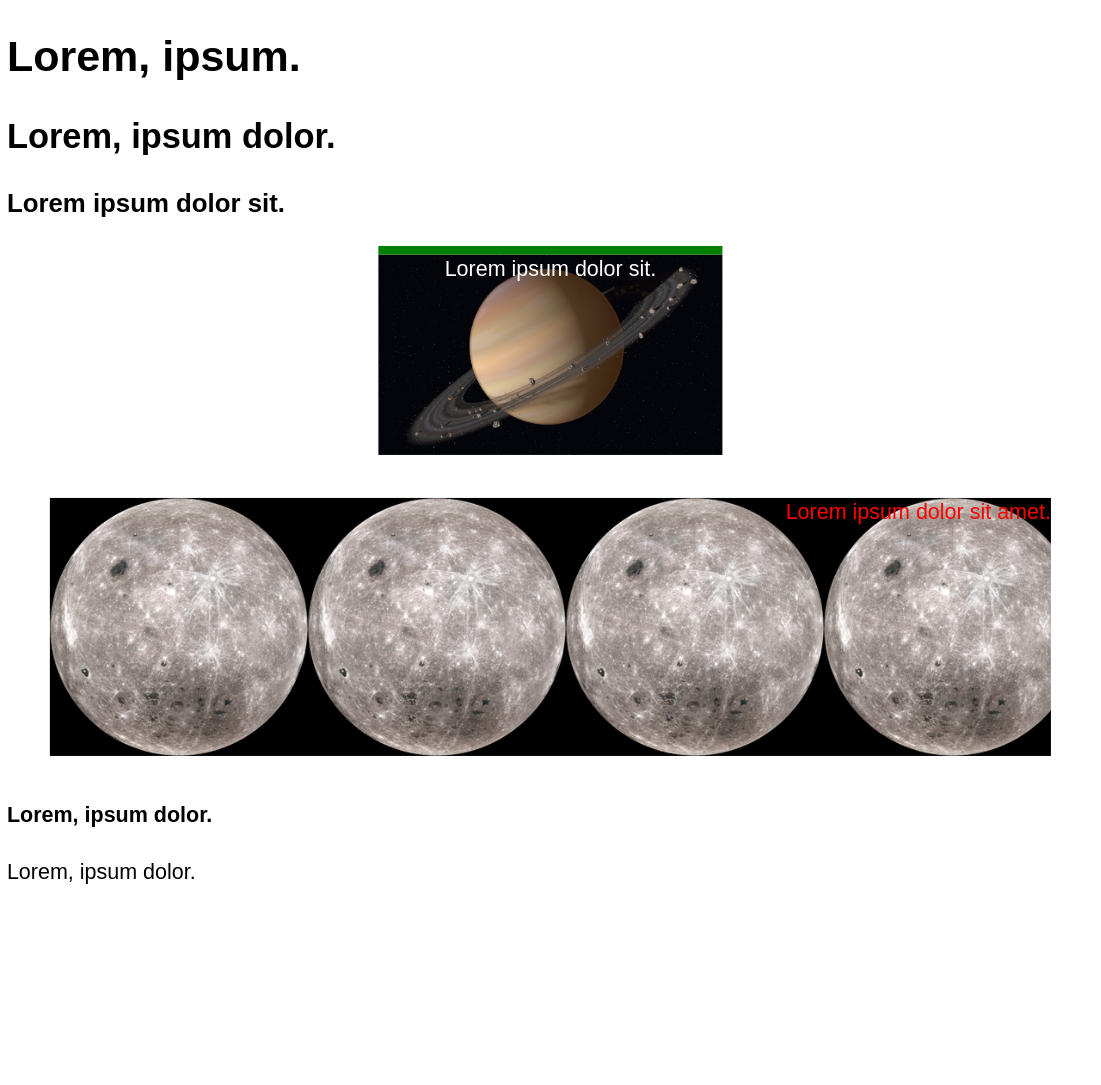
Repository: aSSasdy/assasdy.github.io
Page: index.html
These files come from the project's save history. The page is drawn as it stood at one moment and after the next save; the edit follows.
The browser window is 1280 px wide. The pictures show the whole page, at 86% of full size.

Above is the page before, as saved 2021-11-28 16:31:51.

### index.html
<!DOCTYPE html>
<html lang="en">
<head>
    <meta charset="UTF-8">
    <meta http-equiv="X-UA-Compatible" content="IE=edge">
    <meta name="viewport" content="width=device-width, initial-scale=1.0">
    <title>Document</title>
    <link rel="stylesheet" href="css/style.css">
</head>
<body>
    <h1>Lorem, ipsum.</h1>
    <h2>Lorem, ipsum dolor.</h2>
    <h3>Lorem ipsum dolor sit.</h3>
    <div class="block-1__img">Lorem ipsum dolor sit.</div>
    <div class="block-2__img">Lorem ipsum dolor sit amet.</div>
    <div class="block-3__img">
        <h4>Lorem, ipsum dolor.</h4>
        <p>Lorem, ipsum dolor.</p>
    </div>
</body>
</html>

### css/style.css
html{
    font-size: 62.5%;
}
body{
    font: 400  2.5rem/1.3 Arial, Helvetica, sans-serif ;
}
h1{
    font-size: 5rem;
}
h2{
    font-size: 4rem;
}
h3{
    font-size: 3rem;
}
.block-1__img {
    background-image: url('/img/field_image_magnitosfera-saturna-i-ego-sputnik-encelad-v2.orig_.jpg');
    background-size: cover;
    border-top: 10px solid green;
    margin: auto;
    padding-bottom: 200px;
    width: 400px;
    color: white;
    text-align: center;
}
.block-2__img{
    background-image: url('/img/Moon_farside_LRO_color_mosaic.png');
    margin: 50px;
    padding-bottom: 270px;
    text-align: right;
    color: red;
    background-repeat: repeat-x;
}
.block-3__img {
    background: url("/img/-9221.jpg")
                      url("/img/Moon_farside_LRO_color_mosaic.png");
    background-size: 25% 25%;
    background-repeat: repeat ;
    padding-bottom: 200px;
}

After the next save:
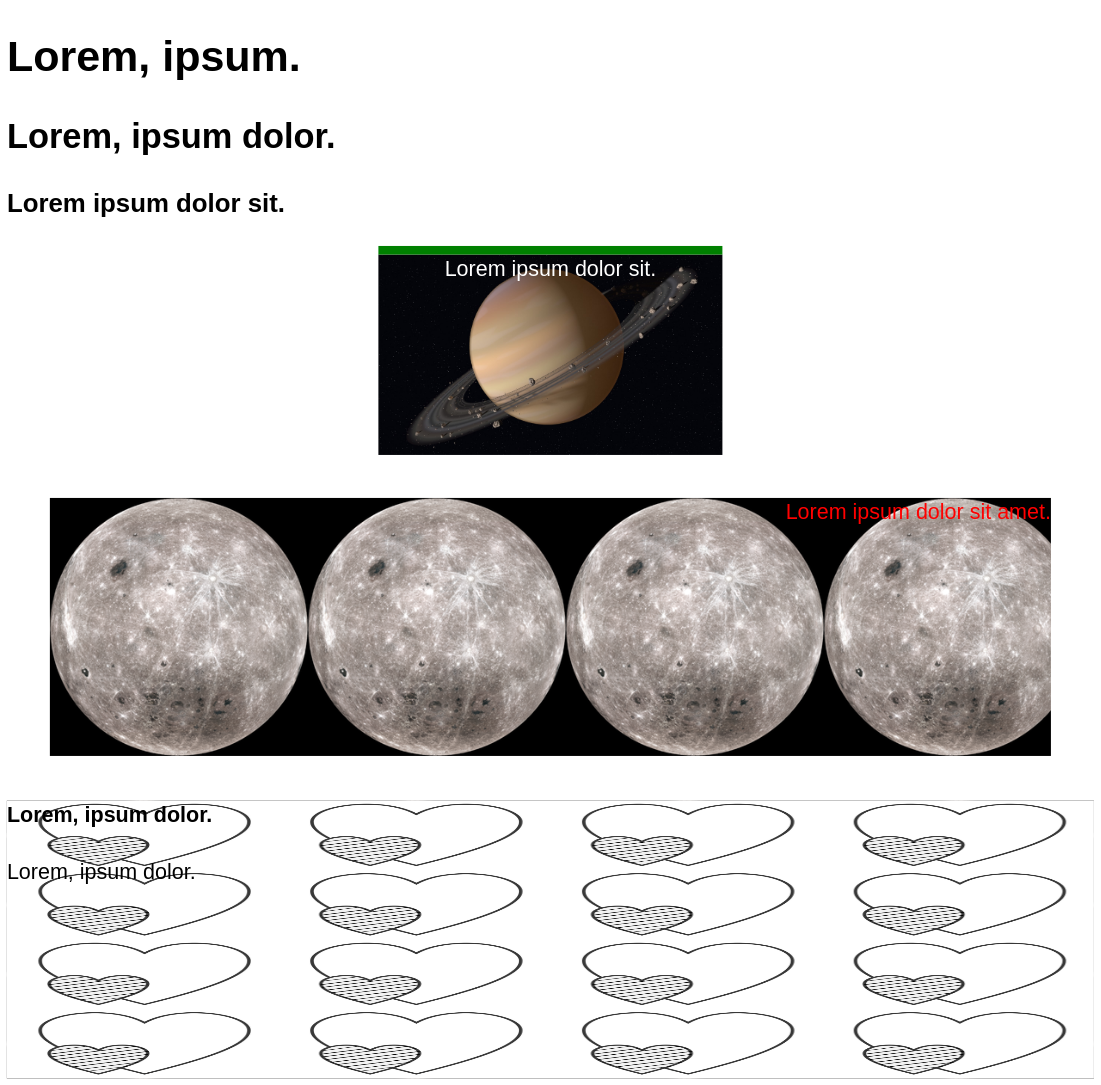
Saved 55 s later.
--- a/css/style.css
+++ b/css/style.css
@@ -32,7 +32,7 @@
     background-repeat: repeat-x;
 }
 .block-3__img {
-    background: url("/img/-9221.jpg")
+    background: url("/img/-9221.jpg"),
                       url("/img/Moon_farside_LRO_color_mosaic.png");
     background-size: 25% 25%;
     background-repeat: repeat ;

After the save that followed:
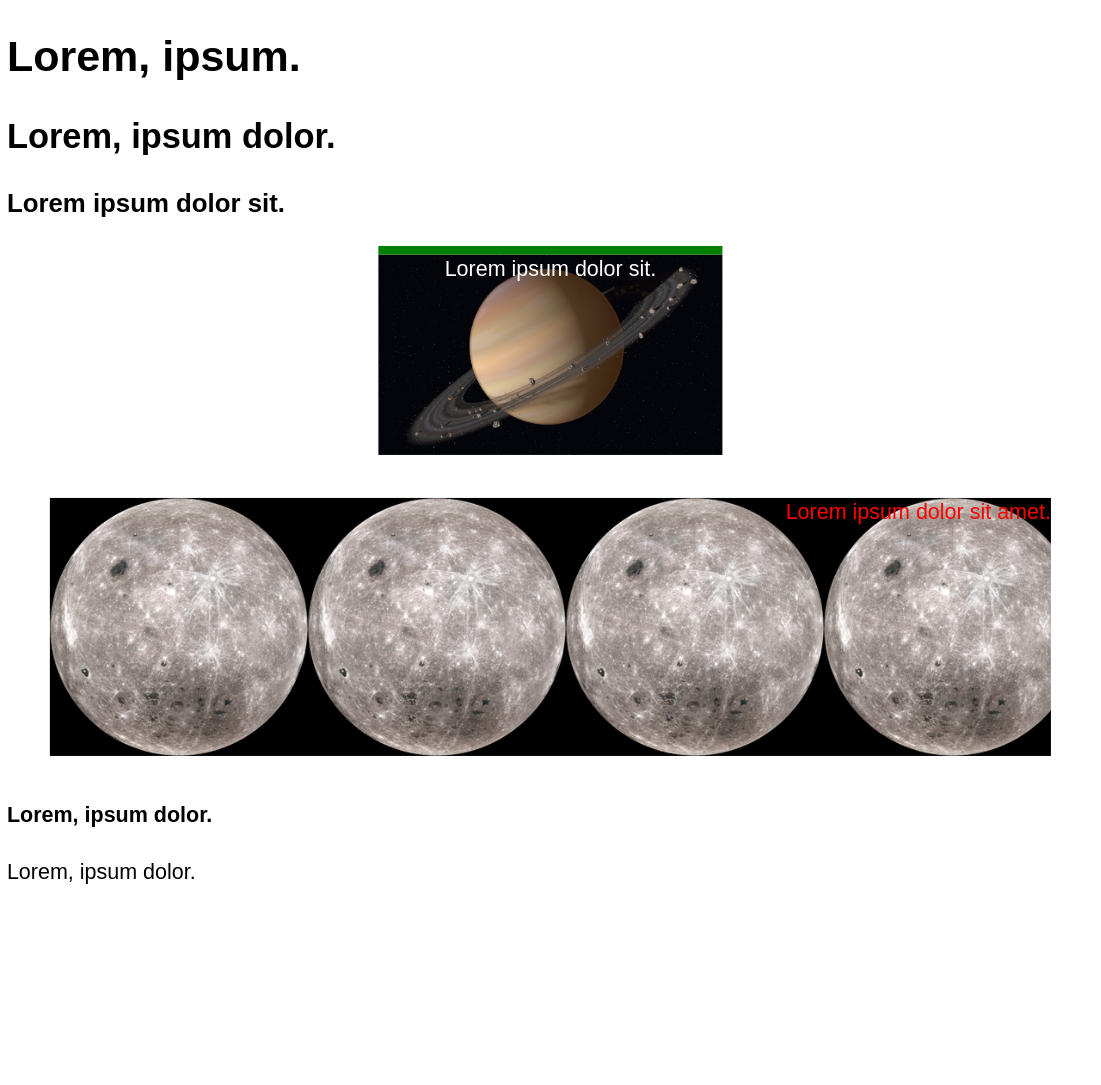
Saved 108 s later.
--- a/css/style.css
+++ b/css/style.css
@@ -32,8 +32,9 @@
     background-repeat: repeat-x;
 }
 .block-3__img {
-    background: url("/img/-9221.jpg"),
-                      url("/img/Moon_farside_LRO_color_mosaic.png");
+    background: url("/img/-9221.jpg") center no-repeat,
+                url("/img/Moon_farside_LRO_color_mosaic.png") bottom-right repeat-y,
+                url("/img/field_image_magnitosfera-saturna-i-ego-sputnik-encelad-v2.orig_.jpg") top-left repeat-x;
     background-size: 25% 25%;
     background-repeat: repeat ;
     padding-bottom: 200px;
